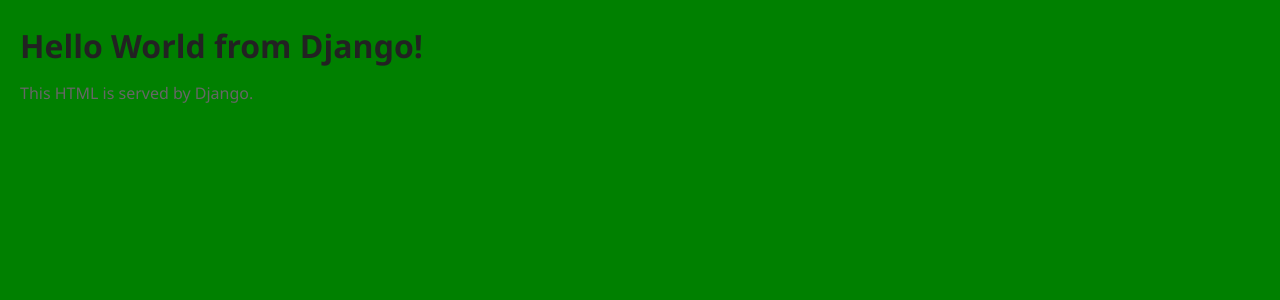
Repository: flyWithWater/MSE-800-PSE2507
Page: http://localhost/polls/
These files come from the project's save history. The page is drawn as it stood at one moment and after the next save; the edit follows.
The browser window is 1280 px wide. The pictures show the whole page.
The page is served by the project's application, run on Django 5.2 (week_12/Django/manage.py). Other server files are loaded and not shown.

Above is the page before, as saved 2025-10-20 11:09:11.

### week_12/Django/polls/templates/hello_world.html
{% load static %}
<!DOCTYPE html>
<html>
    <link rel="stylesheet" href="{% static 'style.css' %}">
  <head>
    <title>Hello Django</title>
  </head>
  <body  class="body">
    <h1>Hello World from Django!</h1>
    <p class="content_text">This HTML is served by Django.</p>
  </body>
</html>

### week_12/Django/polls/views.py
from django.shortcuts import render

# Create your views here.
from django.shortcuts import render



def index(request):
    return render(request,'hello_world.html')

### week_12/Django/mysite/urls.py
"""
URL configuration for mysite project.

The `urlpatterns` list routes URLs to views. For more information please see:
    https://docs.djangoproject.com/en/5.2/topics/http/urls/
Examples:
Function views
    1. Add an import:  from my_app import views
    2. Add a URL to urlpatterns:  path('', views.home, name='home')
Class-based views
    1. Add an import:  from other_app.views import Home
    2. Add a URL to urlpatterns:  path('', Home.as_view(), name='home')
Including another URLconf
    1. Import the include() function: from django.urls import include, path
    2. Add a URL to urlpatterns:  path('blog/', include('blog.urls'))
"""

from django.contrib import admin
from django.urls import path,include


urlpatterns = [
    path("admin/", admin.site.urls),
    path("polls",include("polls.urls")),

]

### week_12/Django/polls/urls.py
from django.urls import URLPattern, path,include
from django.contrib import admin

from . import views

urlpatterns = [
    path("/",views.index,name = "index"),

]

### week_12/Django/polls/static/style.css
/* ===============================
   Basic CSS Structure Template
   Author: your_name
   Date: 2025-10-19
   Description: Global style for Django web pages
================================= */

/* -------- 1. Reset some browser defaults -------- */
* {
    margin: 0;
    padding: 0;
    box-sizing: border-box;
}

/* -------- 2. Global settings -------- */
html {
    font-size: 16px;
    scroll-behavior: smooth;
}

body {
    font-family: 'Segoe UI', Arial, sans-serif;
    background-color: green;   /* light gray background */
    color: #666;                 /* text color */
    line-height: 1.6;
    padding: 20px;
}

/* -------- 3. Headings and text -------- */
h1, h2, h3, h4, h5, h6 {
    color: #222;
    margin-bottom: 10px;
}

content_text {
    font-size: 30px;
    color: red;
}

/* -------- 4. Links -------- */
a {
    color: #007bff;
    text-decoration: none;
}

a:hover {
    text-decoration: underline;
}

/* -------- 5. Layout helpers -------- */
.container {
    width: 90%;
    max-width: 1200px;
    margin: 0 auto; /* center horizontally */
}

.center-text {
    text-align: center;
}

/* -------- 6. Buttons -------- */
button {
    background-color: #007bff;
    color: white;
    border: none;
    padding: 10px 15px;
    border-radius: 5px;
    cursor: pointer;
}

button:hover {
    background-color: #0056b3;
}

/* -------- 7. Footer -------- */
footer {
    text-align: center;
    padding: 15px;
    font-size: 0.9em;
    color: #666;
}

After the next save:
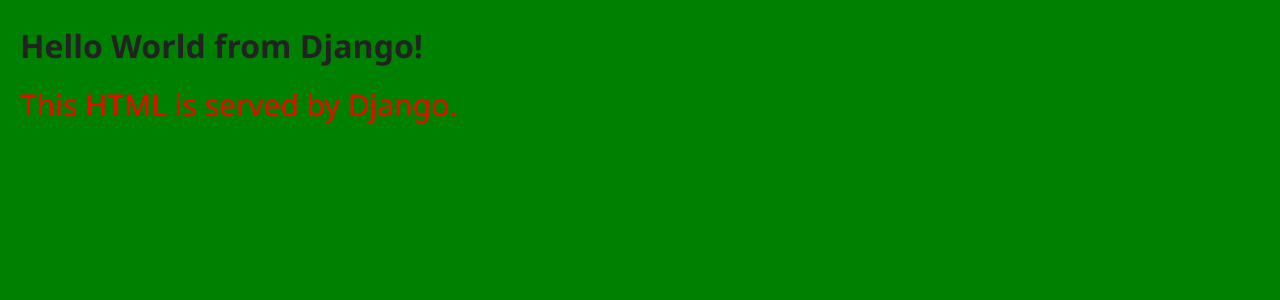
Saved 3 min 2 s later.
--- a/week_12/Django/polls/static/style.css
+++ b/week_12/Django/polls/static/style.css
@@ -32,7 +32,7 @@
     margin-bottom: 10px;
 }
 
-content_text {
+.content_text {
     font-size: 30px;
     color: red;
 }
